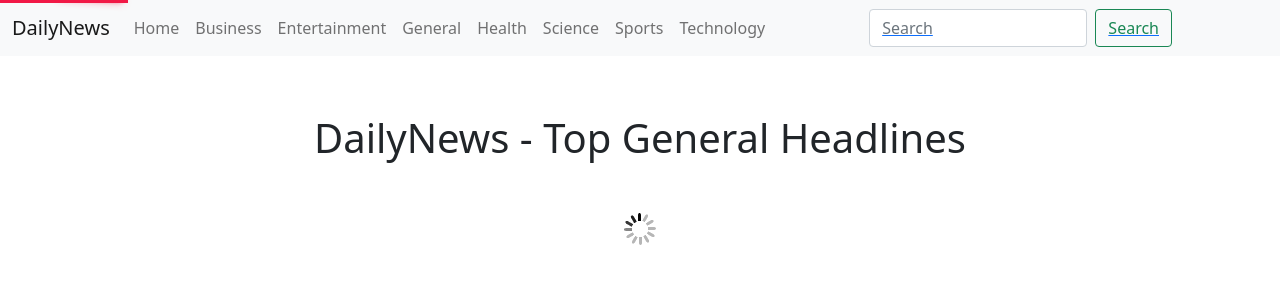
Repository: Bikki084/Daily_News
Page: /
An editor plug-in stored every save of this project. The page is shown before and after a run of saves, followed by the edit.
The browser window is 1280 px wide. The pictures show the whole page.
The page's requests for data from a server got no answer. The project was rebuilt for these pictures with package versions that can differ from the ones it lists, and the page was loaded fresh each time. No one was signed in, and anything a server would have sent is missing. Also part of the build but not shown: src/App.css, src/components/NewsItem.js.

Above is the page before, as saved 2021-12-21 23:49:16.

### public/index.html
<!DOCTYPE html>
<html lang="en">
  <head>
    <meta charset="utf-8" />
    <link rel="icon" href="%PUBLIC_URL%/favicon.ico" />
    <meta name="viewport" content="width=device-width, initial-scale=1" />
    <meta name="theme-color" content="#000000" />
    <meta
      name="description"
      content="DailyNews is a news app which can be used to grab quick daily news bites. If you are interested in news, weather, politics and sports news, newsmonkey is for you!"
    />
    <link rel="apple-touch-icon" href="%PUBLIC_URL%/logo192.png" />
    <!--
      manifest.json provides metadata used when your web app is installed on a
      user's mobile device or desktop. See https://developers.google.com/web/fundamentals/web-app-manifest/
    -->
    <link rel="manifest" href="%PUBLIC_URL%/manifest.json" />
    <link href="https://cdn.jsdelivr.net/npm/bootstrap@5.1.0/dist/css/bootstrap.min.css" rel="stylesheet" integrity="sha384-KyZXEAg3QhqLMpG8r+8fhAXLRk2vvoC2f3B09zVXn8CA5QIVfZOJ3BCsw2P0p/We" crossorigin="anonymous">
    <!--
      Notice the use of %PUBLIC_URL% in the tags above.
      It will be replaced with the URL of the `public` folder during the build.
      Only files inside the `public` folder can be referenced from the HTML.

      Unlike "/favicon.ico" or "favicon.ico", "%PUBLIC_URL%/favicon.ico" will
      work correctly both with client-side routing and a non-root public URL.
      Learn how to configure a non-root public URL by running `npm run build`.
    -->
    <title>DailyNews - Get your daily dose of news for free!</title>
  </head>
  <body>
    <noscript>You need to enable JavaScript to run this app.</noscript>
    <div id="root"></div>
    <!--
      This HTML file is a template.
      If you open it directly in the browser, you will see an empty page.

      You can add webfonts, meta tags, or analytics to this file.
      The build step will place the bundled scripts into the <body> tag.

      To begin the development, run `npm start` or `yarn start`.
      To create a production bundle, use `npm run build` or `yarn build`.
    -->
    <script src="https://cdn.jsdelivr.net/npm/@popperjs/core@2.9.3/dist/umd/popper.min.js" integrity="sha384-eMNCOe7tC1doHpGoWe/6oMVemdAVTMs2xqW4mwXrXsW0L84Iytr2wi5v2QjrP/xp" crossorigin="anonymous"></script>
    <script src="https://cdn.jsdelivr.net/npm/bootstrap@5.1.0/dist/js/bootstrap.min.js" integrity="sha384-cn7l7gDp0eyniUwwAZgrzD06kc/tftFf19TOAs2zVinnD/C7E91j9yyk5//jjpt/" crossorigin="anonymous"></script>
  </body>
</html>

### src/App.js
import './App.css';
import Search from './components/Search';
import React, { useState } from 'react'
import NavBar from './components/NavBar';
import News from './components/News';
import {BrowserRouter as Router, Switch, Route} from "react-router-dom";
import LoadingBar from 'react-top-loading-bar'

const App = ()=> {
  const pageSize = 5;
  const apiKey = process.env.REACT_APP_NEWS_API
  // const apiKey = "fe00171e9be447c891c180edc15dc131"
  const [progress, setProgress] = useState(0)

    return (
      <div>
        <Router>
        <NavBar/>
        <Search/>
        <LoadingBar
        height={3}
        color='#f11946'
        progress={progress}
      />
        <Switch>
          <Route exact path="/"><News setProgress={setProgress} apiKey={apiKey} key="general" pageSize={pageSize} country="in" category="general"/></Route>
          <Route exact path="/business"><News setProgress={setProgress} apiKey={apiKey} key="business" pageSize={pageSize} country="in" category="business"/></Route>
          <Route exact path="/entertainment"><News setProgress={setProgress} apiKey={apiKey} key="entertainment" pageSize={pageSize} country="in" category="entertainment"/></Route>
          <Route exact path="/general"><News setProgress={setProgress} apiKey={apiKey} key="general" pageSize={pageSize} country="in" category="general"/></Route>
          <Route exact path="/health"><News setProgress={setProgress} apiKey={apiKey} key="health" pageSize={pageSize} country="in" category="health"/></Route>
          <Route exact path="/science"><News setProgress={setProgress} apiKey={apiKey} key="science" pageSize={pageSize} country="in" category="science"/></Route>
          <Route exact path="/sports"><News setProgress={setProgress} apiKey={apiKey} key="sports" pageSize={pageSize} country="in" category="sports"/></Route>
          <Route exact path="/technology"><News setProgress={setProgress} apiKey={apiKey} key="technology" pageSize={pageSize} country="in" category="technology"/></Route>

        </Switch>
        </Router>
      </div>
    )

}

export default App;

### src/components/Search.js
import React from 'react'

const Search = () => {
    return (
    <div>Hello world!</div>
    )
}

export default Search;

### src/components/NavBar.js
import React from 'react'
import { Link } from "react-router-dom";

const NavBar = () => {

    return (
        <div>
            <nav className="navbar fixed-top navbar-expand-lg navbar-light bg-light">
                <div className="container-fluid">
                    <Link className="navbar-brand" to="/">DailyNews</Link>
                    <button className="navbar-toggler" type="button" data-bs-toggle="collapse" data-bs-target="#navbarSupportedContent" aria-controls="navbarSupportedContent" aria-expanded="false" aria-label="Toggle navigation">
                        <span className="navbar-toggler-icon"></span>
                    </button>
                    <div className="collapse navbar-collapse" id="navbarSupportedContent">
                        <ul className="navbar-nav me-auto mb-2 mb-lg-0">
                            <li className="nav-item">
                                <Link className="nav-link" aria-current="page" to="/">Home</Link>
                            </li>
                            <li className="nav-item"><Link className="nav-link" to="/business">Business</Link></li>
                            <li className="nav-item"><Link className="nav-link" to="/entertainment">Entertainment</Link></li>
                            <li className="nav-item"><Link className="nav-link" to="/general">General</Link></li>
                            <li className="nav-item"><Link className="nav-link" to="/health">Health</Link></li>
                            <li className="nav-item"><Link className="nav-link" to="/science">Science</Link></li>
                            <li className="nav-item"><Link className="nav-link" to="/sports">Sports</Link></li>
                            <li className="nav-item"><Link className="nav-link" to="/technology">Technology</Link></li>
                        </ul>
                        <form className="d-flex mx-5" method = "get"> <Link className="d-flex mx-5" to = "/Search">
                            <input class="form-control me-2" type="search" placeholder="Search" aria-label="Search"/>
                                <button class="btn btn-outline-success" type="submit">Search</button>
                                </Link> </form>
                    </div>
                </div>
            </nav>
        </div>
    )

}

export default NavBar

### src/components/News.js
import React, {useEffect, useState} from 'react'

import NewsItem from './NewsItem'
import Spinner from './Spinner';
import PropTypes from 'prop-types'
import InfiniteScroll from "react-infinite-scroll-component";

const News = (props)=>{
    const [articles, setArticles] = useState([])
    const [loading, setLoading] = useState(true)
    const [page, setPage] = useState(1)
    const [totalResults, setTotalResults] = useState(0)

    const capitalizeFirstLetter = (string) => {
        return string.charAt(0).toUpperCase() + string.slice(1);
    }

    const updateNews = async ()=> {
        props.setProgress(10);
        const url = `https://newsapi.org/v2/top-headlines?country=${props.country}&category=${props.category}&apiKey=${props.apiKey}&page=${page}&pageSize=${props.pageSize}`;
        setLoading(true)
        let data = await fetch(url);
        props.setProgress(30);
        let parsedData = await data.json()
        props.setProgress(70);
        setArticles(parsedData.articles)
        setTotalResults(parsedData.totalResults)
        setLoading(false)
        props.setProgress(100);
    }

    useEffect(() => {
        document.title = `${capitalizeFirstLetter(props.category)} - DailyNews`;
        updateNews();
        // eslint-disable-next-line
    }, [])


    const fetchMoreData = async () => {
        const url = `https://newsapi.org/v2/top-headlines?country=${props.country}&category=${props.category}&apiKey=${props.apiKey}&page=${page+1}&pageSize=${props.pageSize}`;
        setPage(page+1)
        let data = await fetch(url);
        let parsedData = await data.json()
        setArticles(articles.concat(parsedData.articles))
        setTotalResults(parsedData.totalResults)
      };

        return (
            <>
                <h1 className="text-center" style={{ margin: '35px 0px', marginTop: '90px' }}>DailyNews - Top {capitalizeFirstLetter(props.category)} Headlines</h1>
                {loading && <Spinner />}
                <InfiniteScroll
                    dataLength={articles.length}
                    next={fetchMoreData}
                    hasMore={articles.length !== totalResults}
                    loader={<Spinner/>}>
                    <div className="container">

                    <div className="row">
                        {articles.map((element) => {
                            return <div className="col-md-4" key={element.url}>
                                <NewsItem title={element.title ? element.title : ""} description={element.description ? element.description : ""} imageUrl={element.urlToImage} newsUrl={element.url} author={element.author} date={element.publishedAt} source={element.source.name} />
                            </div>
                        })}
                    </div>
                    </div>
                </InfiniteScroll>
            </>
        )

}


News.defaultProps = {
    country: 'in',
    pageSize: 8,
    category: 'general',
}

News.propTypes = {
    country: PropTypes.string,
    pageSize: PropTypes.number,
    category: PropTypes.string,
}

export default News

Loaded but not shown: src/index.js (common file); src/reportWebVitals.js (common file); src/components/Spinner.js (common file); src/index.css (no stored copy; drawn as an empty file)

After the next 5 saves:
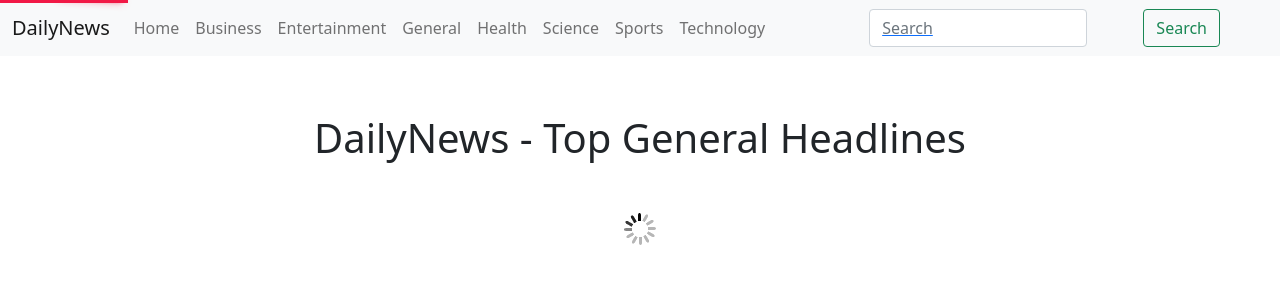
The 5 saves are shown as one change because 4 did not build or start.
The last was saved 55 s later.
--- a/src/components/NavBar.js
+++ b/src/components/NavBar.js
@@ -24,10 +24,10 @@ const NavBar = () => {
                             <li className="nav-item"><Link className="nav-link" to="/sports">Sports</Link></li>
                             <li className="nav-item"><Link className="nav-link" to="/technology">Technology</Link></li>
                         </ul>
-                        <form className="d-flex mx-5" method = "get"> <Link className="d-flex mx-5" to = "/Search">
-                            <input class="form-control me-2" type="search" placeholder="Search" aria-label="Search"/>
-                                <button class="btn btn-outline-success" type="submit">Search</button>
-                                </Link> </form>
+                        <form className="d-flex mx-5" method="get"> <Link className="d-flex mx-5" to="/Search">
+                            <input class="form-control me-2" type="search" placeholder="Search" aria-label="Search" /></Link>
+                            <button class="btn btn-outline-success" type="submit">Search </button>
+                        </form>
                     </div>
                 </div>
             </nav>
